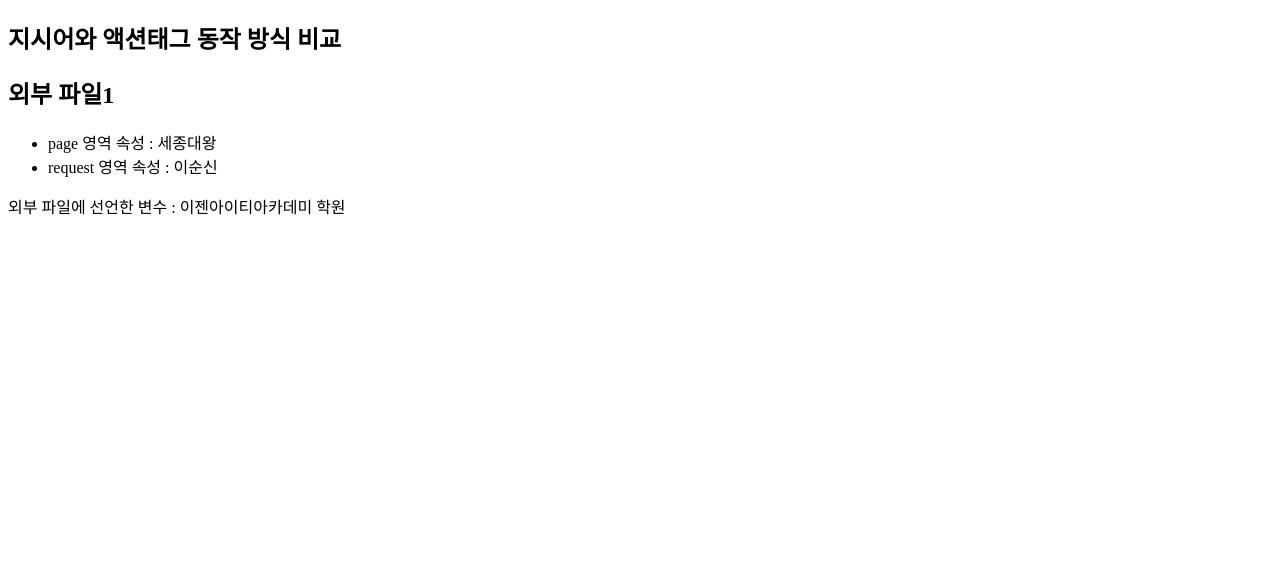
Repository: ks12b0000/JSP-School-Class
Page: http://localhost/chap10_JSP/includeMain.jsp
The author's editor kept a copy of each file at every save. The page is drawn from the files as they stood at one save, then again after the next save.
The browser window is 1280 px wide. The pictures show the whole page.
The page is served by Tomcat 9. Other server files are loaded and not shown.

Above is the page before, as saved 2022-06-02 03:40:18.

### chap10_JSP/src/main/webapp/includeMain.jsp
<%@ page language="java" contentType="text/html; charset=UTF-8"
    pageEncoding="UTF-8"%>
<%
	// 포함할 파일의 경로를 변수에 저장
	String outerPage1 = "./inc/outerPage1.jsp";
	String outerPage2 = "./inc/outerPage2.jsp";

	// page영역과 request영역에 속성 저장
	pageContext.setAttribute("pAttr", "세종대왕");
	request.setAttribute("rAttr", "이순신");
%>
<!DOCTYPE html>
<html>
<head>
	<meta charset="UTF-8">
	<meta name="viewport" content="width=device-width, initial-scale=1.0">
	<title>지시어와 액션태그 동작 방식 비교</title>
</head>
<body>
	<h2>지시어와 액션태그 동작 방식 비교</h2>

	<!-- 지시어방식 -->
	<%@ include file="./inc/outerPage1.jsp" %>
	<p>외부 파일에 선언한 변수 : <%= newVar1 %></p>
</body>
</html>

### chap10_JSP/src/main/webapp/inc/outerPage1.jsp
<%@ page language="java" contentType="text/html; charset=UTF-8"
    pageEncoding="UTF-8"%>
<!DOCTYPE html>
<html>
<head>
	<meta charset="UTF-8">
	<meta name="viewport" content="width=device-width, initial-scale=1.0">
	<title>OuterPage</title>
</head>
<body>
	<h2>외부 파일1</h2>
	<% String newVar1 = "이젠아이티아카데미 학원"; %>
	<ul>
		<li>page 영역 속성 : <%= pageContext.getAttribute("pAttr") %></li>
		<li>request 영역 속성 : <%= request.getAttribute("rAttr") %></li>
	</ul>
</body>
</html>

### chap10_JSP/src/main/webapp/inc/outerPage2.jsp
<%@ page language="java" contentType="text/html; charset=UTF-8"
    pageEncoding="UTF-8"%>
<!DOCTYPE html>
<html>
<head>
	<meta charset="UTF-8">
	<meta name="viewport" content="width=device-width, initial-scale=1.0">
	<title>OuterPage</title>
</head>
<body>
	<h2>외부 파일1</h2>
	<% String newVar2 = "이젠 IT 프로그래밍 과정"; %>
	<ul>
		<li>page 영역 속성 : <%= pageContext.getAttribute("pAttr") %></li>
		<li>request 영역 속성 : <%= request.getAttribute("rAttr") %></li>
	</ul>
</body>
</html>

After the next save:
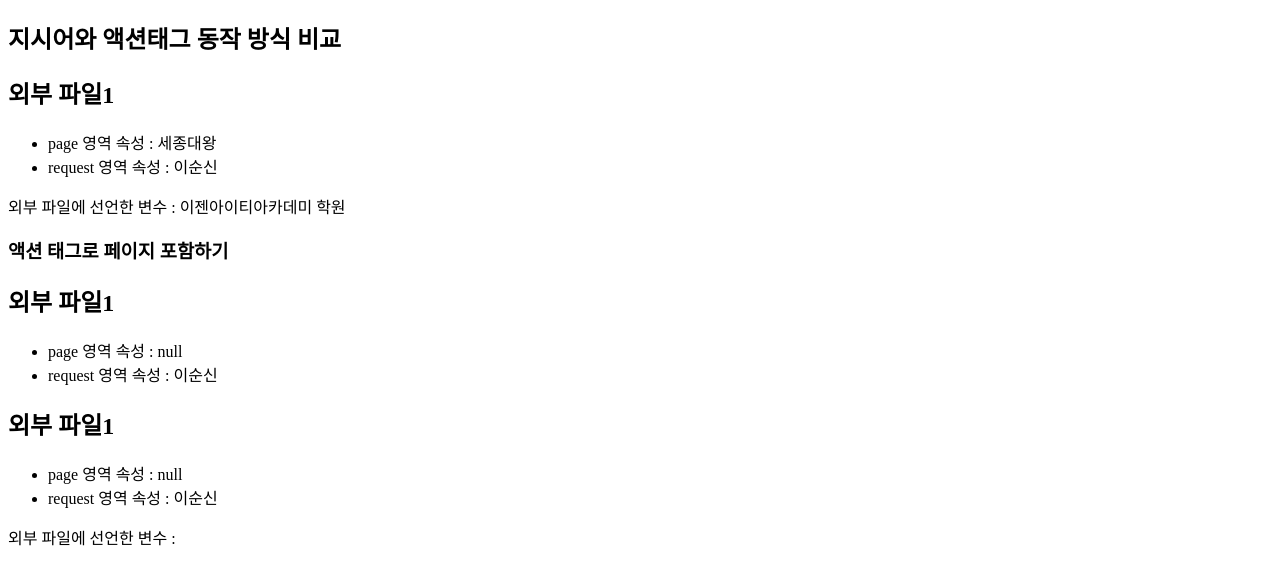
Saved 11 min 22 s later.
--- a/chap10_JSP/src/main/webapp/includeMain.jsp
+++ b/chap10_JSP/src/main/webapp/includeMain.jsp
@@ -22,5 +22,13 @@
 	<!-- 지시어방식 -->
 	<%@ include file="./inc/outerPage1.jsp" %>
 	<p>외부 파일에 선언한 변수 : <%= newVar1 %></p>
+
+	<!-- 액션 태그 -->
+	<h3>액션 태그로 페이지 포함하기</h3>
+	<jsp:include page="./inc/outerPage2.jsp" />
+	<jsp:include page="<%= outerPage2 %>" />
+	<p>외부 파일에 선언한 변수 : <%-- <%= newVar2 %> --%></p>		<!-- 존재하지 않으니 출력되지 않음 -->
+
+
 </body>
 </html>
